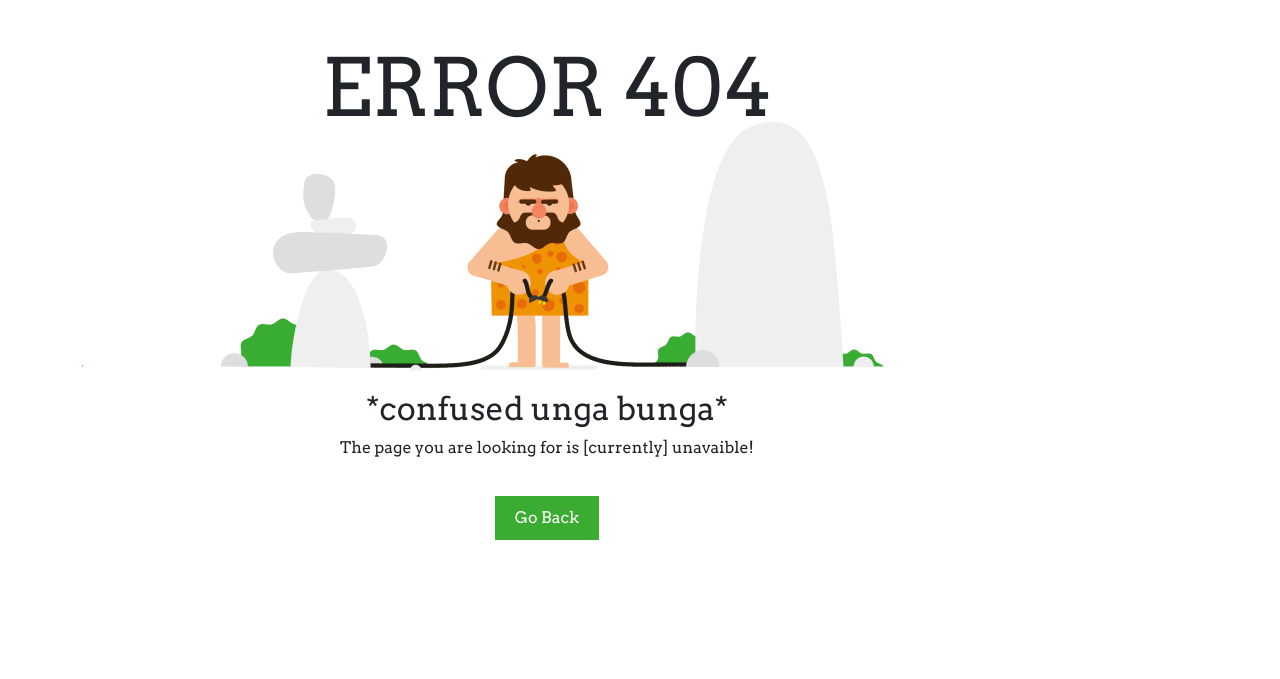
Repository: Delos-343/404-ERROR
Page: index.html
These files come from the project's save history. The page is drawn as it stood at one moment and after the next save; the edit follows.
The browser window is 1280 px wide. The pictures show the whole page.

Above is the page before, as saved 2022-04-23 16:18:32.

After the next save:
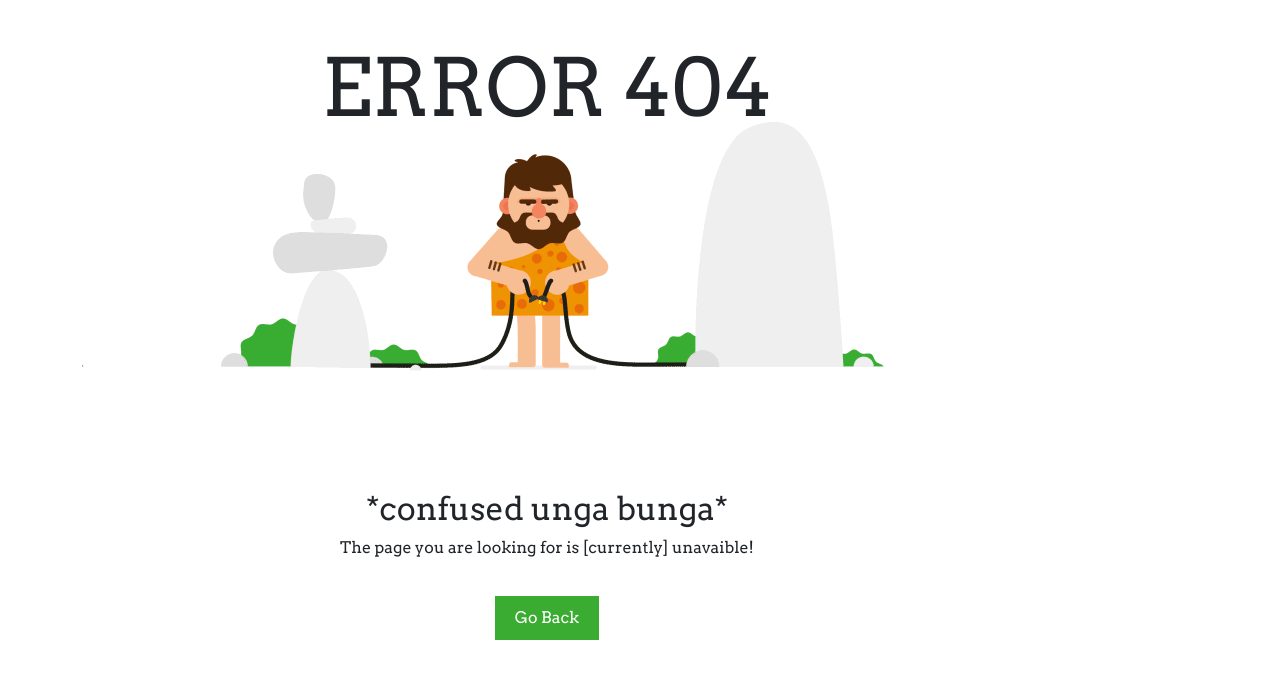
Saved 16 s later.
--- a/style.css
+++ b/style.css
@@ -29,5 +29,5 @@
   text-decoration: none;
 }
 .contant_box_404 {
-  margin-top: -50px;
+  margin-top: 50px;
 }
